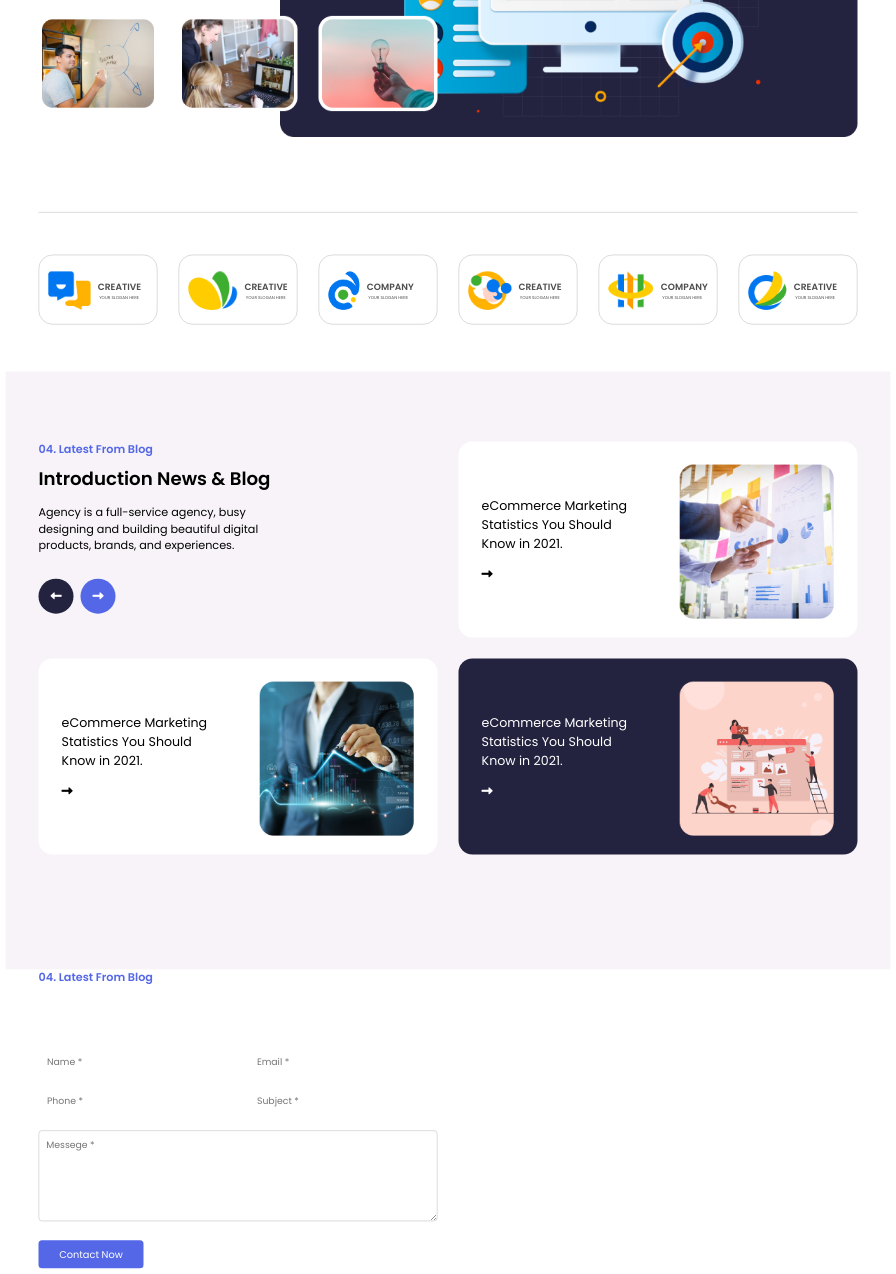
Repository: tranchi0120/LangdingPage-Htmlcss-Ago
Page: index.html
These files come from the project's save history. The page is drawn as it stood at one moment and after the next save; the edit follows.
The browser window is 1280 px wide. The pictures show the part of the page from y = 2964 to 4884 px (the page is 4784 px tall before and 4884 px after), at 70% of full size.
Some web libraries are served in a nearby version. The style sheet was rebuilt from its Sass, Less or Tailwind sources for each picture, by a compiler version that may differ from the author's.

Above is the page before, as saved 2022-07-15 10:31:15.

### index.html
<!DOCTYPE html>
<html lang="en">

<head>
    <meta charset="UTF-8" />
    <meta http-equiv="X-UA-Compatible" content="IE=edge" />
    <meta name="viewport" content="width=device-width, initial-scale=1.0" />
    <title>Ago</title>
    <!-- css -->
    <link rel="stylesheet" href="./css/app.css" />
    <!-- google font  -->
    <link rel="preconnect" href="https://fonts.googleapis.com" />
    <link rel="preconnect" href="https://fonts.gstatic.com" crossorigin />
    <link href="https://fonts.googleapis.com/css2?family=Poppins:wght@400;600&display=swap" rel="stylesheet" />
    <!-- google icon awaresome -->
    <link rel="stylesheet" href="https://cdnjs.cloudflare.com/ajax/libs/font-awesome/6.1.1/css/all.min.css">
    <!-- sass ./sass/app.scss ./css/app.css --watch -->
</head>

<body>
    <header class="header">
        <div class="header-top container">
            <span class="header-top-title">
                Welcome to Ago! Building Creative Business Agency
            </span>
            <div class="header-top-right">
                <div class="header-login">
                    <i class="fa-solid fa-user"></i>
                    <a href="#!" style="color:#666666">Login</a>
                </div>
                <div class="header-nation">
                    <i class="fa-solid fa-globe"></i>
                    <span class="header-language">English</span>
                    <i class="fa-solid fa-angle-down"></i>
                </div>
            </div>
        </div>
        <div class="header-line">
        </div>
        <div class="header-under container">
            <div class="header-under-logo">
                <div class="header-under-image">
                    <img class="header-under-img" src="./images/logo.png" alt="#">
                </div>
                <span class="header-under-name">Ago</span>
            </div>
            <div class="header-menu">
                <ul class="menu">
                    <li class="menu-item">
                        <a href="#" class="menu-link">Home</a>
                    </li>
                    <li class="menu-item">
                        <a href="#" class="menu-link">Features</a>
                        <i class="fa-solid fa-angle-down"></i>
                    </li>
                    <li class="menu-item">
                        <a href="#" class="menu-link">Services</a>
                    </li>
                    <li class="menu-item">
                        <a href="#" class="menu-link">Pages</a>
                    </li>
                    <li class="menu-item">
                        <a href="#" class="menu-link">Blog</a>
                    </li>
                    <li class="menu-item">
                        <a href="#" class="menu-link">Support</a>
                    </li>
                </ul>
                <div class="menu-button">
                    <i class="fa-solid fa-magnifying-glass menu-icon"></i>
                    <div class="button">Contact Us</div>
                </div>
            </div>
        </div>
    </header>
    <main>
        <section class="hero">
            <div class="container">
                <div class="hero-main">
                    <div class="hero-left">
                        <div class="hero-title">
                            Trusted Professional Service.
                        </div>
                        <span class="hero-content">
                            Ago is a full-service agency, busy designing and building beautiful digital products,
                            brands, and
                            experiences.
                        </span>
                        <div class="hero-button">
                            <div class="button">Recent Work</div>
                        </div>
                        <div class="hero-down">
                            <div class="hero-icondown">
                                <i style="color:#ffffff ;" class="fa-solid fa-arrow-down"></i>
                            </div>
                            <p class="hero-scroll">
                                Scroll Down
                            </p>
                        </div>
                    </div>
                    <div class="hero-right">
                        <img src="./images/hero.png" alt="#">
                    </div>
                </div>
            </div>
        </section>
        <section class="about">
            <div class="container">
                <div class="about-main">
                    <div class="about-images">
                        <img src="./images/about1.png" alt="#" class="about-img1">
                        <img src="./images/about2.png" alt="#" class="about-img2">
                        <img src="./images/about3.png" alt="#" class="about-img3">
                    </div>
                    <div class="about-us">
                        <h5 class="about-number">
                            01. About Us
                        </h5>
                        <div class="about-title">
                            We Make Designs that Lead and Inpire.
                        </div>
                        <div class="about-name">
                            A design team building a created
                            marketplace for UI designers.
                        </div>
                        <div class="about-content">
                            2,360 curated design resources to energize your creative workflow. We're a growing family of
                            682,268 designers and makers from around the world
                        </div>
                        <div class="menu-button">
                            <div class="button">Contact Us</div>
                        </div>
                    </div>
                </div>
            </div>
        </section>
        <section class="interactive">
            <div class="container">
                <div class="interactive-main">
                    <h5 class="interactive-number">
                        02. What We Do
                    </h5>
                    <div class="interactive-title">
                        <span class="interactive-name">
                            We Make Designs that Lead and Inpire.
                        </span>
                        <i class="fa-solid fa-left-long interactive-iconleft"></i>
                        <i class="fa-solid fa-right-long"></i>
                    </div>
                    <div class="interactive-group">
                        <div class="interactive-box">
                            <div class="row-circle">
                                <img class="row-img" src="./images/row1.png" alt="#">
                                <h2 class="row-number">
                                    26k
                                </h2>
                                <span class="row-title">
                                    Happy Clients
                                </span>
                            </div>
                            <div class="row-circle2">
                                <img class="row-img" src="./images/row2.png" alt="#">
                                <h2 class="row-number2">
                                    76k
                                </h2>
                                <span class="row-title2">
                                    Project Done
                                </span>
                                <span class="row-content2">
                                    Lorem ipsum dolor sit amet, consectetur adipiscing elit. Mauris sapien egestas augue
                                    enim amet scelerisque.
                                </span>
                            </div>
                            <div class="row-circle">
                                <img class="row-img" src="./images/row3.png" alt="#">
                                <h2 class="row-number">
                                    20k
                                </h2>
                                <span class="row-title">
                                    AWARDS WON
                                </span>
                            </div>
                            <div class="row-circle">
                                <img class="row-img" src="./images/row4.png" alt="#">
                                <h2 class="row-number">
                                    20k
                                </h2>
                                <span class="row-title">
                                    DAILY DATA INPUT
                                </span>
                            </div>
                        </div>
                    </div>
                </div>
            </div>
        </section>
        <section class="service">
            <div class="container">
                <h5 class="service-number">
                    03. Our Services
                </h5>
                <div class="service-title">
                    <span class="service-name">
                        Welcome to Our Professional Service
                    </span>
                </div>
                <div class="service-main">
                    <div class="service-left">
                        <h2 class="service-left-title">
                            Professional Website
                            Design Consulting
                        </h2>
                        <p class="service-left-content">
                            Agency is a full-service agency, busy designing and building beautiful digital products,
                            brands, and experiences.
                        </p>
                        <div class="menu-button">
                            <div class="button">View Detail</div>
                        </div>
                        <div class="service-left-images">
                            <img src="./images/service1.png" alt="#" class="service-left-img">
                            <img src="./images/service2.png" alt="#" class="service-left-img">
                            <img src="./images/service3.png" alt="#" class="service-left-img">
                        </div>
                    </div>
                    <div class="service-right">
                        <img src="./images/service4.png" alt="#" class="service-right-img">
                    </div>
                </div>
                <div class="service-bottom">
                    <div class="service-box">
                        <div class="service-box-imgs">
                            <img src="./images/logo1.png" alt="#" class="service-box-img">
                        </div>
                        <div class="service-box-text">
                            <h2 class="service-box-title">CREATIVE</h2>
                            <p class="service-box-slogan">YOUR SLOGAN HERE</p>
                        </div>
                    </div>
                    <div class="service-box">
                        <div class="service-box-imgs">
                            <img src="./images/logo2.png" alt="#" class="service-box-img">
                        </div>
                        <div class="service-box-text">
                            <h2 class="service-box-title">CREATIVE</h2>
                            <p class="service-box-slogan">YOUR SLOGAN HERE</p>
                        </div>
                    </div>
                    <div class="service-box">
                        <div class="service-box-imgs">
                            <img src="./images/logo3.png" alt="#" class="service-box-img">
                        </div>
                        <div class="service-box-text">
                            <h2 class="service-box-title">COMPANY</h2>
                            <p class="service-box-slogan">YOUR SLOGAN HERE</p>
                        </div>
                    </div>
                    <div class="service-box">
                        <div class="service-box-imgs">
                            <img src="./images/logo4.png" alt="#" class="service-box-img">
                        </div>
                        <div class="service-box-text">
                            <h2 class="service-box-title">CREATIVE</h2>
                            <p class="service-box-slogan">YOUR SLOGAN HERE</p>
                        </div>
                    </div>
                    <div class="service-box">
                        <div class="service-box-imgs">
                            <img src="./images/logo5.png" alt="#" class="service-box-img">
                        </div>
                        <div class="service-box-text">
                            <h2 class="service-box-title">COMPANY</h2>
                            <p class="service-box-slogan">YOUR SLOGAN HERE</p>
                        </div>
                    </div>
                    <div class="service-box">
                        <div class="service-box-imgs">
                            <img src="./images/logo6.png" alt="#" class="service-box-img">
                        </div>
                        <div class="service-box-text">
                            <h2 class="service-box-title">CREATIVE</h2>
                            <p class="service-box-slogan">YOUR SLOGAN HERE</p>
                        </div>
                    </div>
                </div>
            </div>
        </section>
        <section class="latest">
            <div class="container">
                <div class="latest-main">
                    <div class="latest-group">
                        <h5 class="latest-number">
                            04. Latest From Blog
                        </h5>
                        <span class="latest-title">
                            Introduction News & Blog
                        </span>
                        <p class="latest-content">
                            Agency is a full-service agency, busy designing and building beautiful digital products,
                            brands, and experiences.
                        </p>
                        <div class="latest-icon">
                            <div class="latest-icon-left">
                                <i class="fa-solid fa-left-long"></i>
                            </div>
                            <div class="latest-icon-right">
                                <i class="fa-solid fa-right-long"></i>
                            </div>
                        </div>
                    </div>
                    <div class="latest-groups">
                        <div class="latest-box">
                            <p class="latest-text">
                                eCommerce Marketing
                                Statistics You Should
                                Know in 2021.
                            </p>
                            <i class="fa-solid fa-right-long"></i>
                        </div>
                        <div class="latest-image">
                            <img src="./images/latest1.png" alt="#" class="latest-img">
                        </div>
                    </div>
                    <div class="latest-groups">
                        <div class="latest-box">
                            <p class="latest-text">
                                eCommerce Marketing
                                Statistics You Should
                                Know in 2021.
                            </p>
                            <i class="fa-solid fa-right-long"></i>
                        </div>
                        <div class="latest-image">
                            <img src="./images/latest2.png" alt="#" class="latest-img">
                        </div>
                    </div>
                    <div class="latest-groups3">
                        <div class="latest-box3">
                            <p class="latest-text3">
                                eCommerce Marketing
                                Statistics You Should
                                Know in 2021.
                            </p>
                            <i class="fa-solid fa-right-long"></i>
                        </div>
                        <div class="latest-image">
                            <img src="./images/latest3.png" alt="#" class="latest-img">
                        </div>
                    </div>
                </div>
            </div>
        </section>
        <section class="contact">
            <div class="container">
                <!-- <img class="contact-background" src="./images/background.png" alt="#"> -->
                <div class="contact-main">
                    <div class="contact-left">
                        <h5 class="contact-left-number">
                            04. Latest From Blog
                        </h5>
                        <span class="contact-left-title">
                            Introduction News & Blog
                        </span>
                        <div class="contact-left-import">
                            <input class="contact-left-input" type="text" placeholder="Name *">
                            <input class="contact-left-input" type="text" placeholder="Email *">
                            <input class="contact-left-input" type="text" placeholder="Phone *">
                            <input class="contact-left-input" type="text" placeholder="Subject *">
                        </div>
                        <textarea class="contact-left-textarea" name="text" id="#" cols="30" rows="10"
                            placeholder="Messege *"></textarea>
                        <div class="menu-button">
                            <div class="button">Contact Now</div>
                        </div>
                    </div>
                    <div class="contact-right">
                        <!-- <img class="contact-right-img" src="./images/map.png" alt="#"> -->
                    </div>
                </div>
            </div>
        </section>
    </main>
    <footer>
    </footer>
</body>

</html>

### sass/app.scss
@import "global";
@import "header";
@import "menu";
@import "variable";
@import "hero";
@import "about";
@import "interactive";
@import "row";
@import "service";
@import "latest";
@import "contact";

### sass/_global.scss
.container {
    max-width: 1170px;
    margin: 0 auto;
}
.body {
    background: #ffffff;
}
* {
    box-sizing: border-box;
    font-family: "Poppins", sans-serif;
}
a {
    text-decoration: none;
}
ul {
    list-style-type: none !important;
}
.button {
    border: none;
    padding: auto;
    width: 150px;
    background: #5468e7;
    height: 40px;
    text-align: center;
    justify-content: center;
    padding: 7px;
    border-radius: 5px;
    color: white;
    font-size: 14px;
    line-height: 21px;
    padding: 10px;
}

### sass/_header.scss
.header {
    &-top {
        max-width: 1170px;
        margin: 0 auto;
        color: #666666;
        display: flex;
        justify-content: space-between;
        align-items: center;
        padding: 10px;
        &-right {
            display: flex;
            gap: 20px;
        }
    }
    &-line {
        width: 100%;
        height: 1px;
        background-color: #c7c2c2;
    }
    &-under {
        height: 96px;
        display: flex;
        gap: 0 85px;
        align-items: center;
        &-logo {
            display: flex;
        }
        &-image {
            width: 52.5px;
            height: 60px;
        }
        &-img {
            width: 100%;
        }
        &-name {
            padding: 10px;
            line-height: 39px;
            font-weight: 600;
            font-size: 26px;
            color: #000000;
        }
    }
    &-menu {
        gap: 195px;
        display: flex;
    }
}

### sass/_menu.scss
.menu {
    height: 24px;
    width: 550px;
    display: flex;
    justify-content: space-between;
    align-items: center;
    // gap: 40px;
    &-button {
        display: flex;
        gap: 29px;
    }
    &-icon {
        width: 18px;
        display: inline-block;
        padding-top: 15px;
        color: #666666;
    }

    &-link {
        color: #000000;
        font-weight: 400;
        font-size: 16px;
        line-height: 24px;
    }
}

### sass/_variable.scss
$font: "Poppins", sans-serif;
$color1: #232340;
$color2: #323259;
$color-btn: #5468e7;
$black: #222222;
$white: #ffffff;

### sass/_hero.scss
.hero {
    height: 800px;
    margin-top: 55px;
    &-main {
        display: flex;

        align-items: center;
    }
    &-title {
        width: 260px;
        line-height: 60px;
        font-weight: 600;
        font-size: 40px;
        margin-bottom: 23px;
    }
    &-content {
        height: 46px;
        width: 317px;
        font-weight: 400;
        font-size: 16px;
        display: inline-block;
        margin-bottom: 60px;
        margin-right: 147px;
    }
    &-down {
        margin-top: 114px;
        display: flex;
        gap: 9px;
    }
    &-icondown {
        border-radius: 50%;
        width: 45px;
        height: 45px;
        text-align: center;
        padding: 13px;
        background: #c897e4;
    }
}

### sass/_interactive.scss
.interactive {
    background: #f7f3f8;
    height: 752px;
    &-number {
        margin-bottom: 10px;
        margin-top: 100px;
        display: inline-block;
        color: #5468e7;
        font-size: 16px;
        line-height: 24px;
        font-weight: 600;
    }
    &-name {
        display: inline-block;
        line-height: 39px;
        font-size: 26px;
        font-weight: 600;
        margin-bottom: 75px;
    }
    &-iconleft {
        margin-right: 19px;
        margin-left: 594px;
    }
    &-box {
        max-height: 360px;
        background: white;
        display: grid;
        grid-template-columns: repeat(4, 1fr) !important;
        border-radius: 30px;
    }
}

### sass/_contact.scss
.contact {
    // &-main {
    //     display: flex;
    //     gap: 23px;
    // }
    // &-background {
    //     width: 1123px;
    //     margin-left: -400px;
    //     margin-top: -80px;
    // }
    &-left {
        &-number {
            margin-bottom: 10px;
            margin-top: 0;
            font-weight: 600;
            line-height: 24px;
            color: #5468e7;
            font-size: 16px;
        }
        &-title {
            display: block;
            font-size: 26px;
            line-height: 39px;
            font-weight: 600;
            margin-bottom: 25px;
            color: white;
            margin-bottom: 37px;
        }
        &-input {
            padding: 12px;
            border-radius: 5px;
            height: 45px;
            width: 270px;
            border: none;
        }
        &-import {
            width: 570px;
            display: grid;
            grid-template-columns: repeat(2, 1fr);
            gap: 10px 30px;
        }
        &-textarea {
            padding: 10px;
            border-radius: 5px;
            border: 1px solid #cccccc;
            height: 130px;
            width: 570px;
            margin-top: 20px;
            margin-bottom: 20px;
        }
    }

    // &-right {
    //     z-index: -1;
    //     margin-top: -607px;
    // }
}

Loaded but not shown: sass/_service.scss (94 lines, source omitted); sass/_latest.scss (87 lines, source omitted); sass/_about.scss (57 lines, source omitted); sass/_row.scss (51 lines, source omitted)

After the next save:
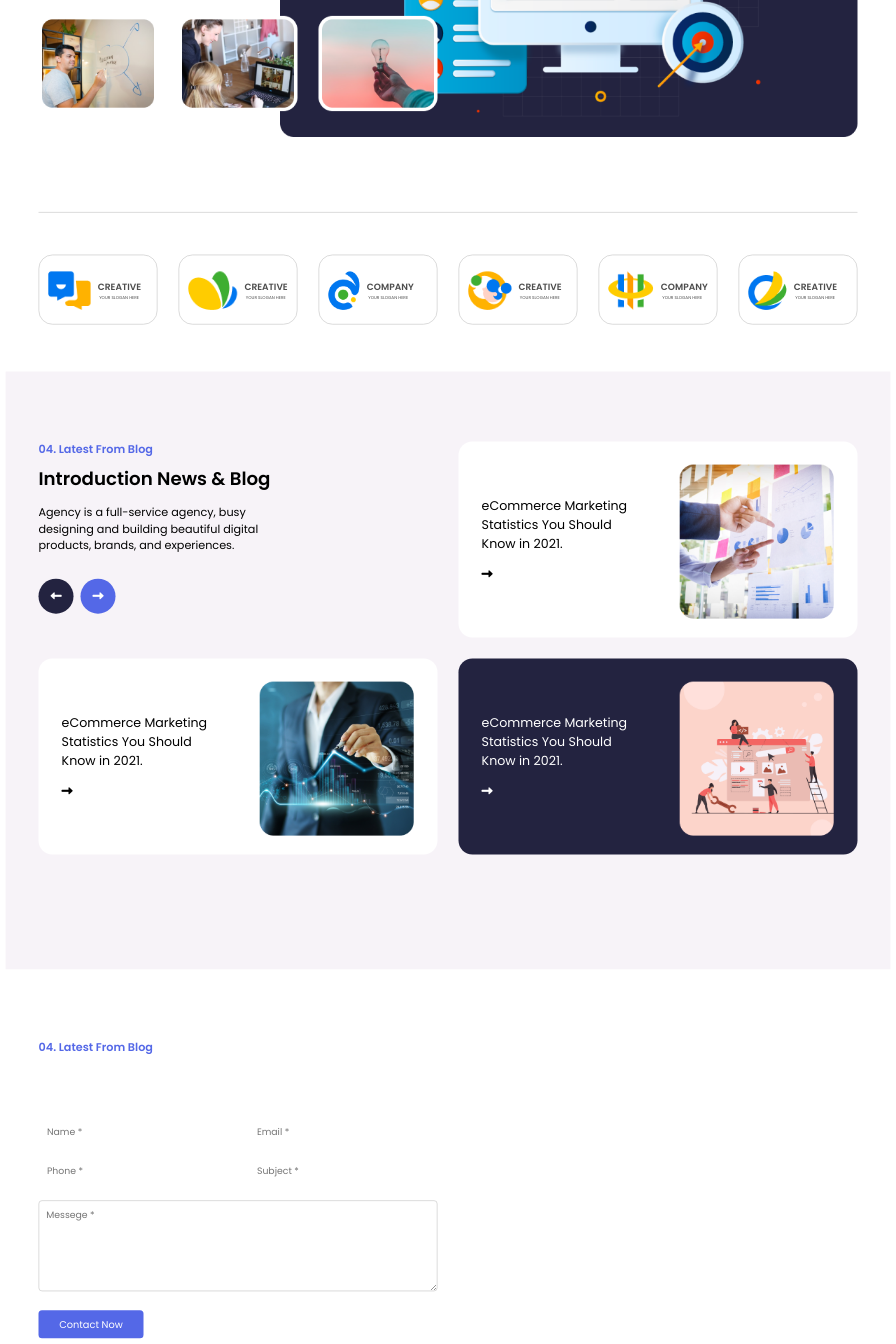
Saved 10 s later.
--- a/sass/_contact.scss
+++ b/sass/_contact.scss
@@ -11,7 +11,7 @@
     &-left {
         &-number {
             margin-bottom: 10px;
-            margin-top: 0;
+            margin-top: 100px;
             font-weight: 600;
             line-height: 24px;
             color: #5468e7;
